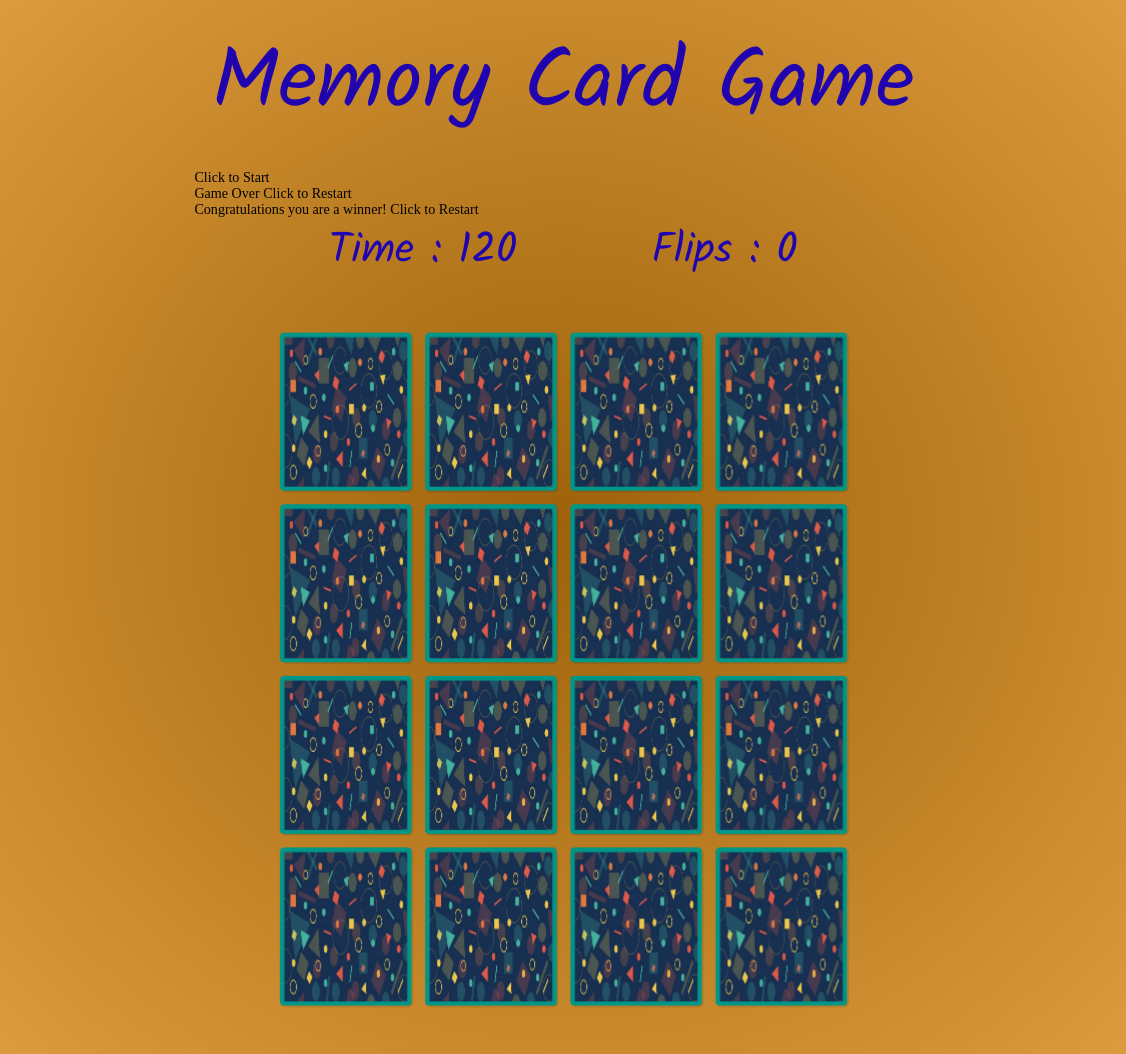
Repository: claudiadanaila1/Project-2--Interactive-FrontEnd---Memory-game
Page: index.html
The author's editor kept a record of every edit. The page is drawn from the files as they stood at one moment, then again after the next edit.
The browser window is 1280 px wide. The pictures show the whole page, at 88% of full size.

Above is the page before.

After the next edit:
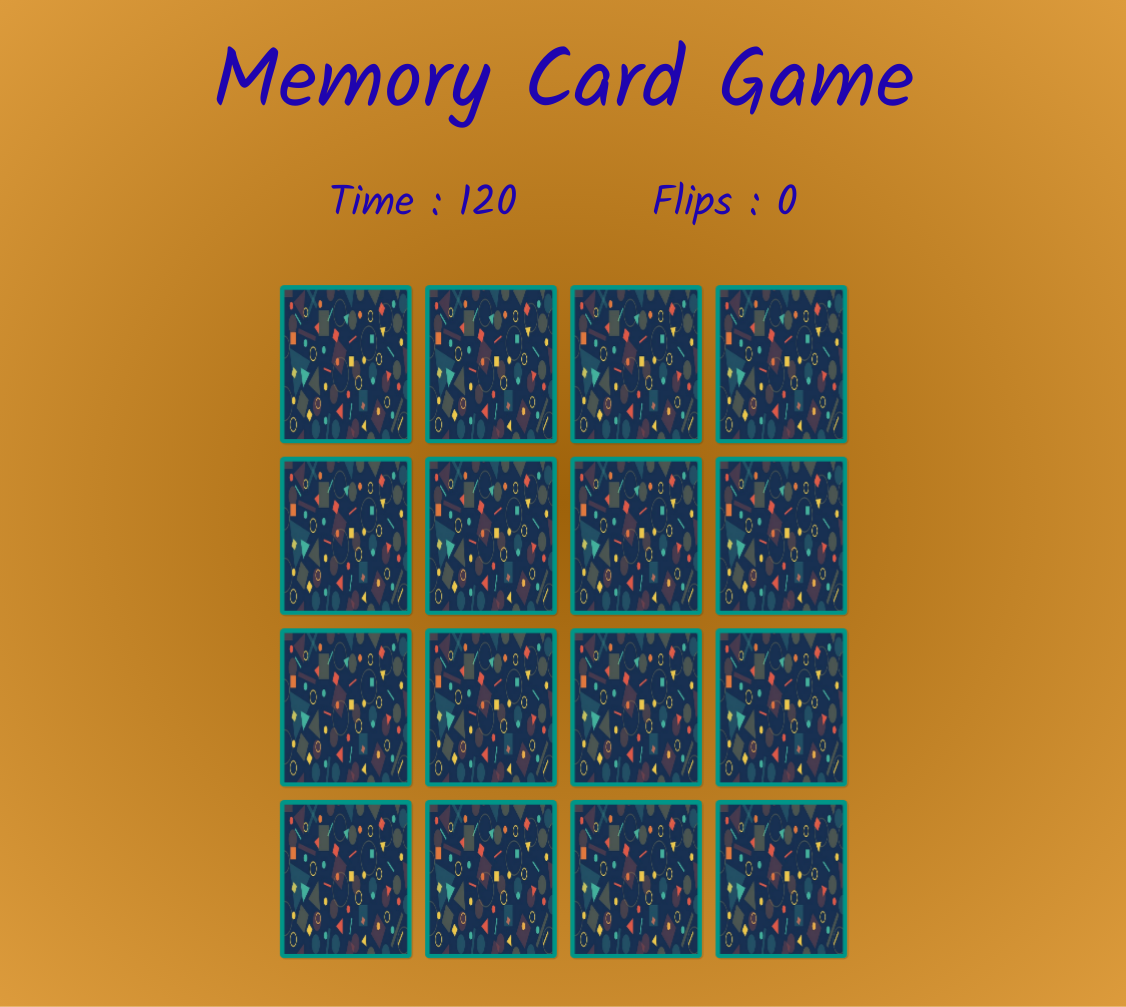
The edit:
--- a/css/style.css
+++ b/css/style.css
@@ -102,7 +102,7 @@
 
 /* game text for start, victory and game over */
 
-.text-game .instructions {
+.text-game {
     font-family: "Kalam", sans-serif;
     color:#0cb5dc;
     position:fixed;
